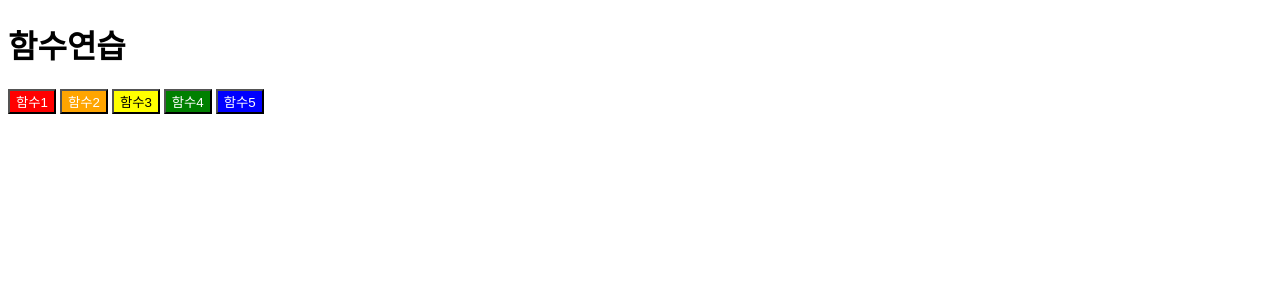
Repository: 753kg/753kg.github.io
Page: KOSTA/webProject/WebContent/day0406/functionTest2.html
These files come from the project's save history. The page is drawn as it stood at one moment and after the next save; the edit follows.
The browser window is 1280 px wide. The pictures show the whole page.

Above is the page before, as saved 2021-04-06 06:56:36.

After the next save:
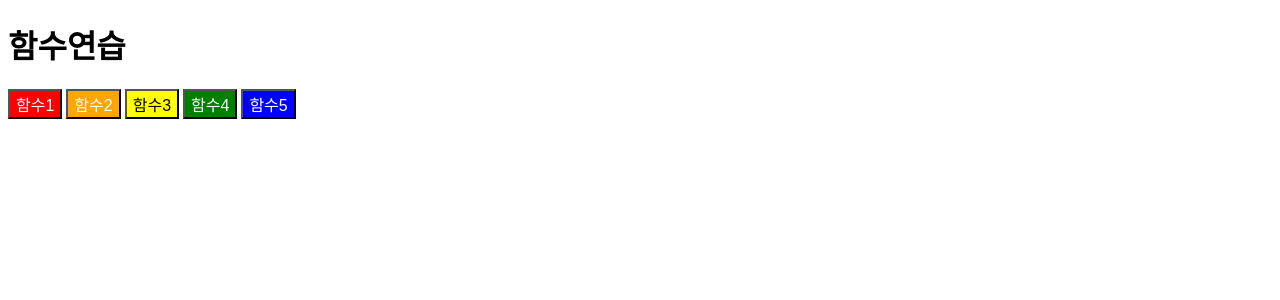
Saved 10 min 34 s later.
--- a/KOSTA/webProject/WebContent/day0406/functionTest2.html
+++ b/KOSTA/webProject/WebContent/day0406/functionTest2.html
@@ -6,6 +6,7 @@
 <style>
 	input[type="button"]{
 		color:white;
+		font-size:1em;
 	}
 	input[type="button"]:first-of-type {
 		background-color: red;
